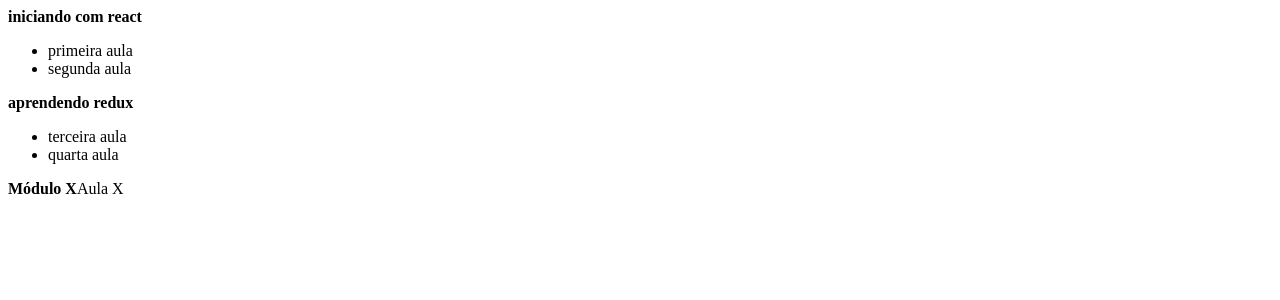
Repository: MateusGuedess/reduxrocktSeat
Page: /
These files come from the project's save history. The page is drawn as it stood at one moment and after the next save; the edit follows.
The browser window is 1280 px wide. The pictures show the whole page.
The project was rebuilt for these pictures with package versions that can differ from the ones it lists, and the page was loaded fresh each time.

Above is the page before, as saved 2019-05-23 00:15:42.

### src/App.js
import React from 'react';

import Sidebar from './components/Sidebar'
import Video from './components/Video'
function App() {
  return (
    <div className="App">
      <Sidebar />
      <Video />
    </div>
  );
}

export default App;

### src/components/Sidebar/index.js
import React, { Component } from 'react'

export default class Sidebar extends Component {

  state = {
    modules: [
      {
        id: 1,
        title: 'iniciando com react',
        lessons: [
          { id: 1, title: 'primeira aula' },
          { id: 2, title: 'segunda aula' }
        ]
      },
      {
        id: 2,
        title: 'aprendendo redux',
        lessons:[
          {id: 3, title: 'terceira aula'},
          {id: 4, title: 'quarta aula'}
        ]
      }
    ]
  }

  render() {

    const { modules } = this.state
    return (
      <aside>
        { modules.map(module => (
          <div key={module.id}>
            <strong>{module.title}</strong>
            <ul>
              { module.lessons.map(lessons => (
                <li key={lessons.id}>{lessons.title}</li>
              ))}
            </ul>
          </div>
        ))}
      </aside>
    )
  }
}

### src/components/Video/index.js
import React, { Component } from 'react'

export default class Video extends Component {
  render() {
    return (
      <div>
        <strong>Módulo X</strong>
        <span>Aula X</span>
      </div>
    )
  }
}

Loaded but not shown: public/index.html (common file); src/index.js (common file)

After the next save:
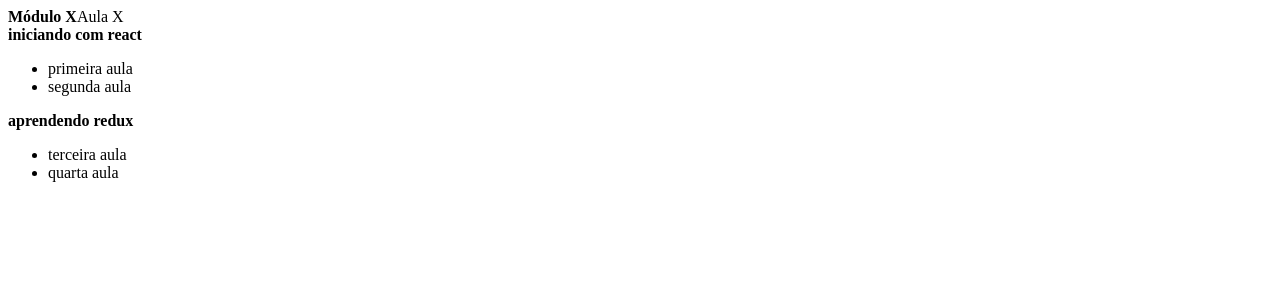
Saved 7 s later.
--- a/src/App.js
+++ b/src/App.js
@@ -5,8 +5,8 @@ import Video from './components/Video'
 function App() {
   return (
     <div className="App">
+      <Video />
       <Sidebar />
-      <Video />
     </div>
   );
 }
